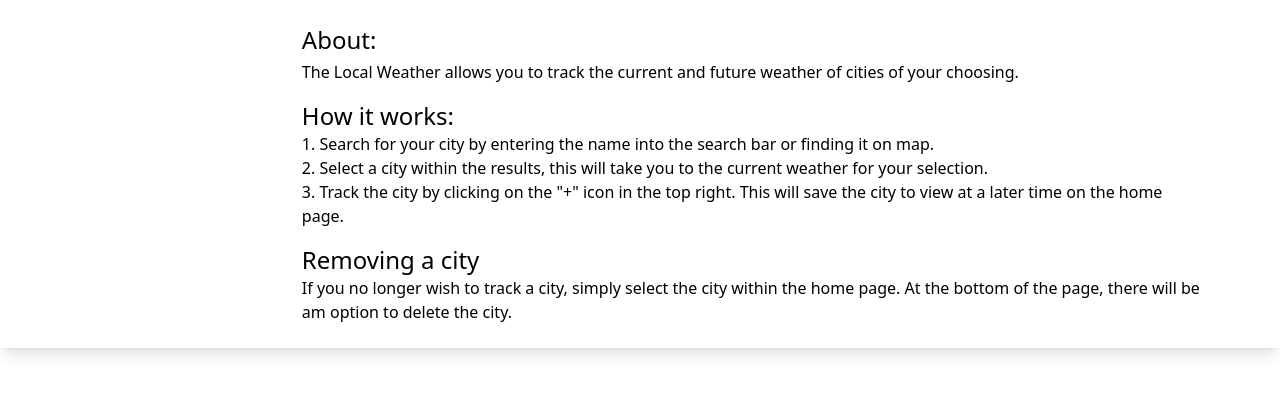
Repository: fatemesoleymanian/weather-with-map
Page: /
The author's editor kept a copy of each file at every save. The page is drawn from the files as they stood at one save, then again after the next save.
The browser window is 1280 px wide. The pictures show the whole page.
The project was rebuilt for these pictures with package versions that can differ from the ones it lists, and the page was loaded fresh each time. Also part of the build but not shown: vue.config.js.

Above is the page before, as saved 2023-05-05 13:06:28.

### src/App.vue
<template>
  <div class="flex flex-col min-h-screen font-Roboto bg-weather-primary">
    <Navigation />
    <RouterView />
  </div>
</template>

<script>
import Navigation from './components/Navigation.vue'
export default {
  name: 'App',
  components: {
    Navigation
  }
}
</script>

<style></style>

### src/components/Navigation.vue
<template>
   <header class="sticky top-0 bg-weather-primary shadow-lg md:px-10 lg:px-20">
        <nav class="container flex flex-col sm:flex-row items-center gap-4 text-white py-6">
            <RouterLink :to="{ name: 'Home' }">
                <div class="flex items-center gap-3">
                    <i class="fas fa-cloud-sun text-2xl"></i>
                    <p class="text-2xl">The Local Weather</p>
                </div>
            </RouterLink>

            <div class="flex gap-3 flex-1 justify-end">
                <i class="fa-solid fa-circle-info text-xl hover:text-weather-secondary duration-150 cursor-pointer"
                @click="toggleModal"></i>
                <i class="fa-solid fa-plus text-xl hover:text-weather-secondary duration-150 cursor-pointer"></i>
            </div>
            <BaseModal :modalActive="modalActive" @close-modal="toggleModal">
                <div class="text-black">
                    <h1 class="text-2xl mb-1">About:</h1>
                    <p class="mb-4">
                        The Local Weather allows you to track the current and
                        future weather of cities of your choosing.
                    </p>
                    <h2 class="text-2xl">How it works:</h2>
                    <ol class="list-decimal list-inside mb-4">
                        <li>
                            Search for your city by entering the name into the
                            search bar or finding it on map.
                        </li>
                        <li>
                            Select a city within the results, this will take
                            you to the current weather for your selection.
                        </li>
                        <li>
                            Track the city by clicking on the "+" icon in the
                            top right. This will save the city to view at a
                            later time on the home page.
                        </li>
                    </ol>

                    <h2 class="text-2xl">Removing a city</h2>
                    <p>
                        If you no longer wish to track a city, simply select
                        the city within the home page. At the bottom of the
                        page, there will be am option to delete the city.
                    </p>
                </div>
            </BaseModal>
        </nav>
    </header>
</template>

<script>
export default {
  name: 'NavigationComponent',

}
</script>

Loaded but not shown: public/index.html (common file); src/main.js (common file); src/assets/tailwind.css (common file); tailwind.config.js (common file)

After the next save:
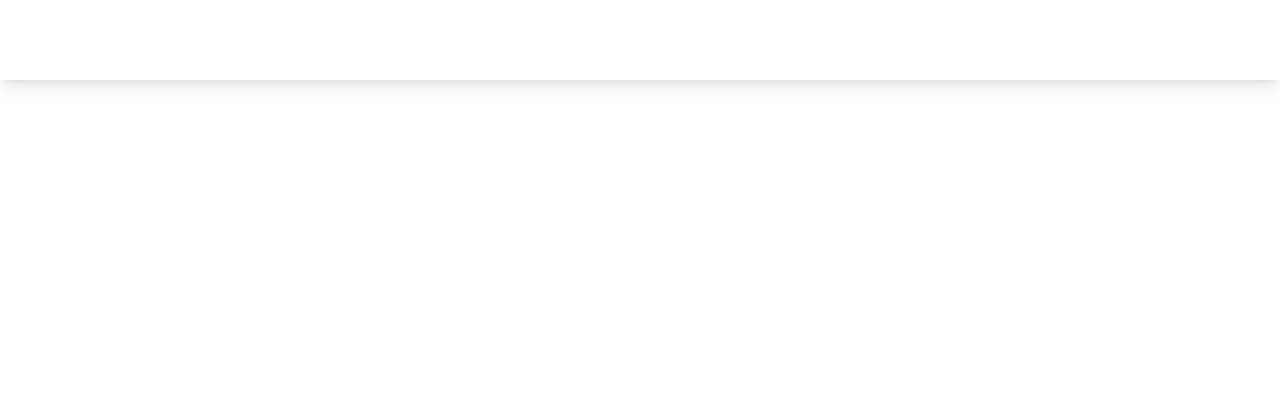
Saved 37 s later.
--- a/src/components/Navigation.vue
+++ b/src/components/Navigation.vue
@@ -13,7 +13,7 @@
                 @click="toggleModal"></i>
                 <i class="fa-solid fa-plus text-xl hover:text-weather-secondary duration-150 cursor-pointer"></i>
             </div>
-            <BaseModal :modalActive="modalActive" @close-modal="toggleModal">
+            <!-- <BaseModal :modalActive="modalActive" @close-modal="toggleModal">
                 <div class="text-black">
                     <h1 class="text-2xl mb-1">About:</h1>
                     <p class="mb-4">
@@ -44,7 +44,7 @@
                         page, there will be am option to delete the city.
                     </p>
                 </div>
-            </BaseModal>
+            </BaseModal> -->
         </nav>
     </header>
 </template>
